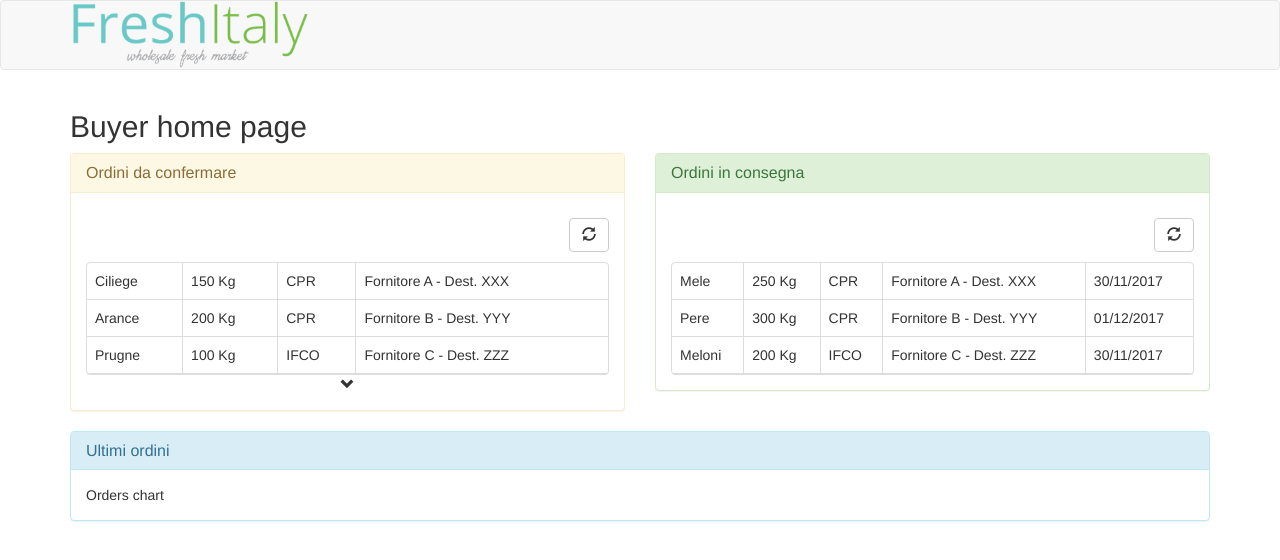
Repository: edikapllani/freshitaly
Page: http://localhost/buyer/home
An editor plug-in stored every save of this project. The page is shown before and after the next save, followed by the edit.
The browser window is 1280 px wide. The pictures show the whole page.
The page is this project's Thymeleaf template; nobody is signed in. The template is opened directly, without the code that normally fills it, so the values that code supplies are empty.

Above is the page before, as saved 2017-11-28 15:48:35.

After the next save:
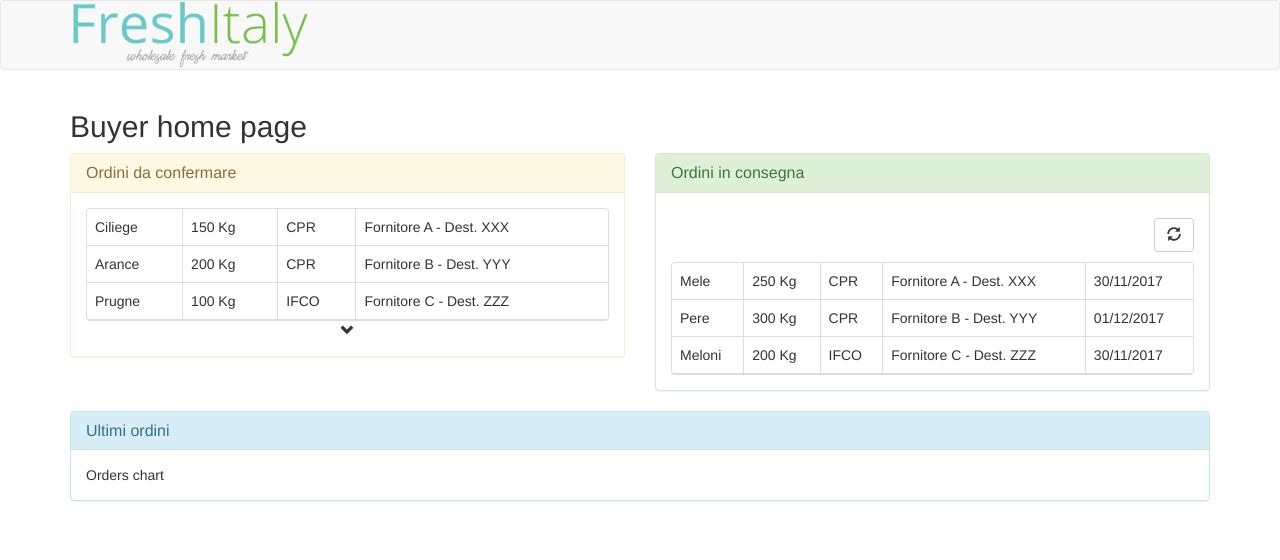
Saved 22 s later.
--- a/FreshItalyWeb/src/main/resources/templates/buyer/home.html
+++ b/FreshItalyWeb/src/main/resources/templates/buyer/home.html
@@ -35,7 +35,7 @@
 					        <table id="toconfirmtable"
 				               data-locale="it-IT"
 				               data-toggle="table"
-				               data-show-refresh="true"
+				               data-show-refresh="false"
 				               data-show-toggle="false"
 				               data-search="false"
 				               data-id-field="product"
